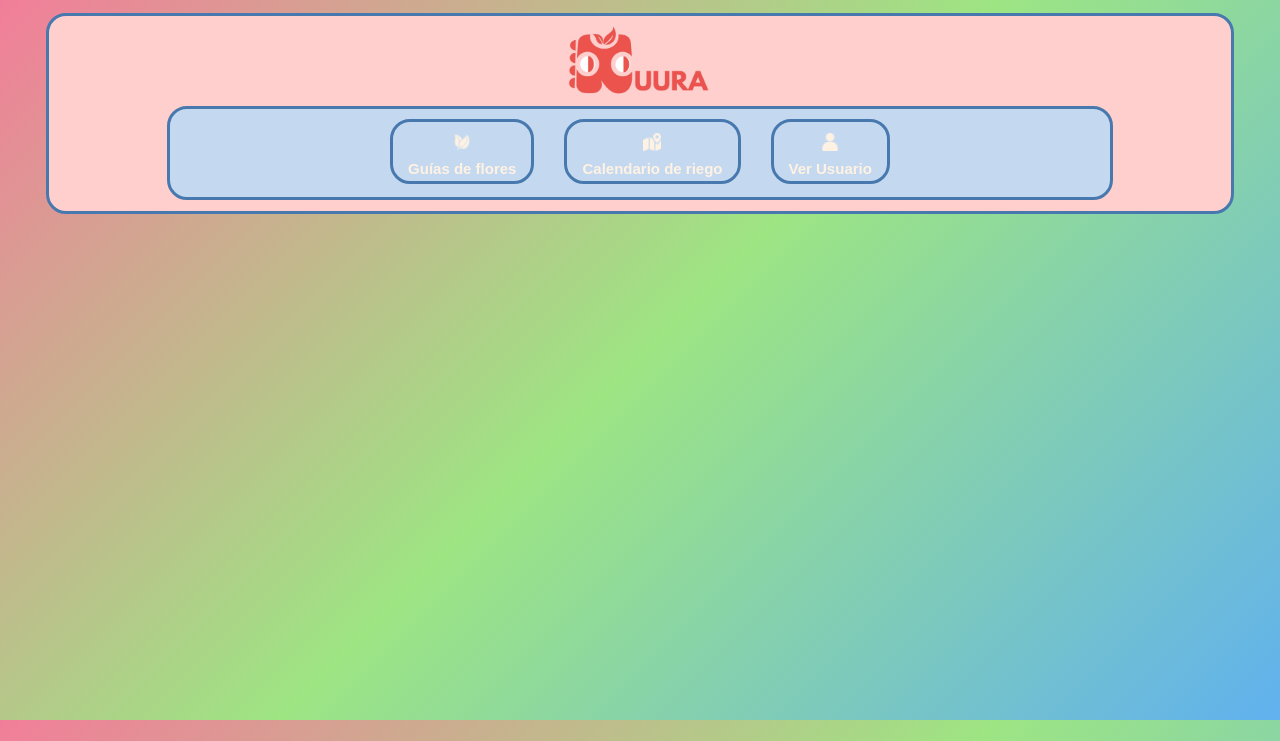
Repository: carrascokarencb37-afk/Nuura
Page: html/menu.html
An editor plug-in stored every save of this project. The page is shown before and after the next save, followed by the edit.
The browser window is 1280 px wide. The pictures show the whole page.
Backgrounds fixed to the window are drawn as part of the page.

Above is the page before, as saved 2026-05-28 23:09:46.
Console error: TypeError: Cannot set properties of null (setting 'innerHTML')

### html/menu.html
<!DOCTYPE html>
<html lang="es">
<head>
    <meta charset="UTF-8">
    <meta name="viewport" content="width=device-width, initial-scale=1.0">
    <title>Nuura</title>

    <link rel="stylesheet" href="../css/menu.css">
    <script src="../js/menu.js" defer></script>
    <link rel="icon" href="../img/Nuura.png" type="png">

</head>
<body>
    <header class="banner">

        <nav class="menu">

            <div class="top_bar">
                <img src="../img/logo_rosita.jpeg" alt="Logo de nombre" height="70px" width="150px" class="titulo">
                <button class="menu_desp">☰</button>
            </div>
                <div class="cont_botones">

                    <a href="../php/guia.php" class="boton">
                        <span class="icon">
                            <img src="../img/leaves.png" data-normal="../img/leaves.png"
                            data-activo="../img/leaves_click.png" alt="documents" width="18px">
                        </span>
                        <span class="text">Guías de flores</span>
                    </a>

                    <a href="calendario.html" class="boton">
                        <span class="icon">
                            <img src="../img/map.png" data-normal="../img/map.png"
                            data-activo="../img/map_click.png" alt="Home" width="18px">
                        </span>
                        <span class="text">Calendario de riego</span>
                    </a>

                    <a href="usuario.html" class="boton">
                        <span class="icon">
                            <img src="../img/user.png" data-normal="../img/user"
                            data-activo="../img/gardening_click.png" alt="clock" width="18px">
                        </span>
                        <span class="text">Ver Usuario</span>
                    </a>

            </div>
        </nav>
    </header>


</body>
</html>

### css/menu.css

body{
        background: linear-gradient(135deg, #f27e99, #9de583, #60b1ef);
        background-size: cover;
    background-attachment: fixed;
    min-height: 100vh;

}




/*Estilo de los botones del menu*/
.boton {
    font-family: Arial, Helvetica, sans-serif;
    color: #FFF2E3;
    padding: 4px 15px;
    border-radius: 20px;
    margin-bottom: 10px;
    display: flex;
    flex-direction: column;
    text-align: center;
    align-items: center;
    width: auto;
    height: auto;
    border: 3px solid #4879AE;
}

a{
    text-decoration: none;
}

/*Para que los icon esten peques (creo)*/
.icon {
    font-size: 28px;
    margin-bottom: 2px;
}
/*El texto del icon*/
.text {
    font-size: 15px;
    font-weight: 600;
}

/*Este es el fondo de todo el menu (y contendor padre, hasta donde recuerdo)*/
.menu {
    margin: 1% 3%;
    background-color: #FFCFCD;
    display: flex;
    flex-direction: column;
    align-items: stretch;
    border-radius: 20px;
    border: 3px solid #4879AE;
}

/*Para que se centraran porque me daba ansiedad*/
.menu .boton {
    justify-content: center;
    align-items: center;
}

h1 {
    color:#707f39;
    margin: 7px;
    font-weight: 800;
    font-size: 45px;
}

/*Este es para el menu desplegable (como se pone en moviles, asi todo comprimido y tal)*/
.top_bar {
    position: relative;
    display: flex;
    align-items: center;
    padding: 10px;
    height: 70px;
    position: relative;
}

/*Es el coso de Nuura que va hasta arriba al centro*/
.titulo {
    position: absolute;
    left: 50%;
    transform: translateX(-50%);
}

/*El contenedor directo de los botones*/
.cont_botones {
    display: flex;
    gap: 30px;
    justify-content: center;
    flex-wrap: wrap;
    padding: 10px 20px 3px 20px;
    background-color: #c4d9f0;
    margin: 0 10% 1% 10%;
    border-radius: 20px;
    border: 3px solid #4879AE;
}

/*El nombre lo dice, mas cosas del menu desplegable*/
.menu_desp {
background: none;
border: none;
color: #FFF2E3;
font-size: 28px;
cursor: pointer;
}

.top_bar {
    position: relative;
    display: flex;
    align-items: center;
    padding: 10px;
}

.menu_desp {
    margin-left: auto;
}

/*Responsive para moviles*/
@media (max-width: 1000px) {

    .menu {
        position: relative;
    }

    .cont_botones {
        display: none;
        flex-direction: column;
        position: absolute;
        top: 70px;
        right: 10px;
        width: 200px;
        background-color: #FFF2E3;
        padding: 10px;
        box-shadow: 0 5px 15px rgba(0,0,0,0.3);
    }

    .cont_botones.act {
        display: flex;
    }

    .boton {
        width: 100%;
        text-align: left;
        padding: 10px;
    }
}

/*Un poquito de responsive para computadoras*/
@media (min-width: 1001px) {
    .menu_desp {
        display: none;
    }

    .cont_botones {
        display: flex;
        flex-direction: row;
        overflow-x: visible;
    }
}
/*Para cuando presiones un boton del menu, se cambien de color el texto y el fondo*/
.boton.activo {
    background-color: #F1F191 !important;
    color: #6f7f3d !important;
}

### js/menu.js
fetch('../html/menu.html')
    .then(res => res.text())
    .then(data=> {

        document.getElementById('menu_container').innerHTML = data;

        const desp =
    document.querySelector('.menu_desp');
    const menu =
    document.querySelector('.cont_botones');

    console.log(desp);

    desp.addEventListener('click', () => {
        menu.classList.toggle('act');
    });

    const links =
    document.querySelectorAll('.boton');
            const rutAct =
    window.location.pathname;

            links.forEach(link => {
                const href =
    link.getAttribute('href');

                if (rutAct.endsWith(href)) {
    link.classList.add('activo');

            const img =
    link.querySelector('img');
                if(img) {
                    const src =
    img.getAttribute('src');
                        img.setAttribute('src',
    src.replace('.png', '_click.png'));
                }
                }
            });
});

After the next save:
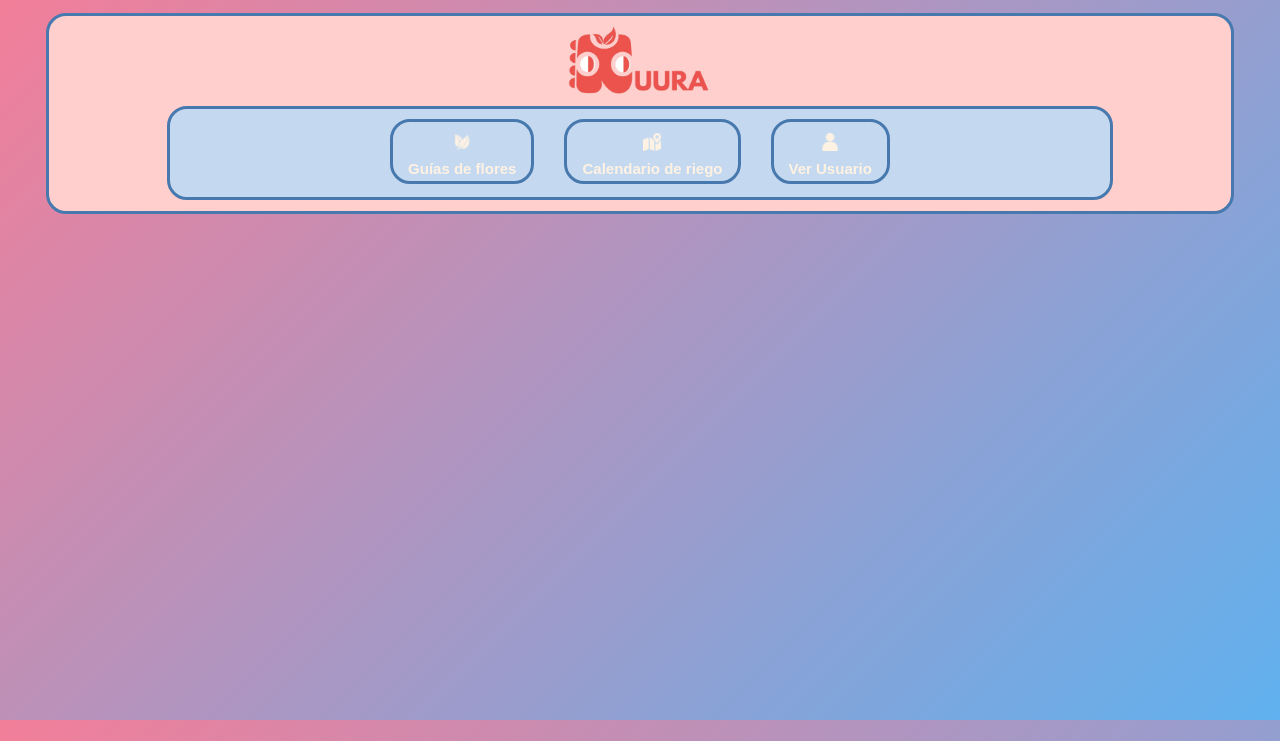
Saved 3 min 49 s later.
--- a/css/menu.css
+++ b/css/menu.css
@@ -1,6 +1,6 @@
 
 body{
-        background: linear-gradient(135deg, #f27e99, #9de583, #60b1ef);
+        background: linear-gradient(135deg, #f27e99, #60b1ef);
         background-size: cover;
     background-attachment: fixed;
     min-height: 100vh;
